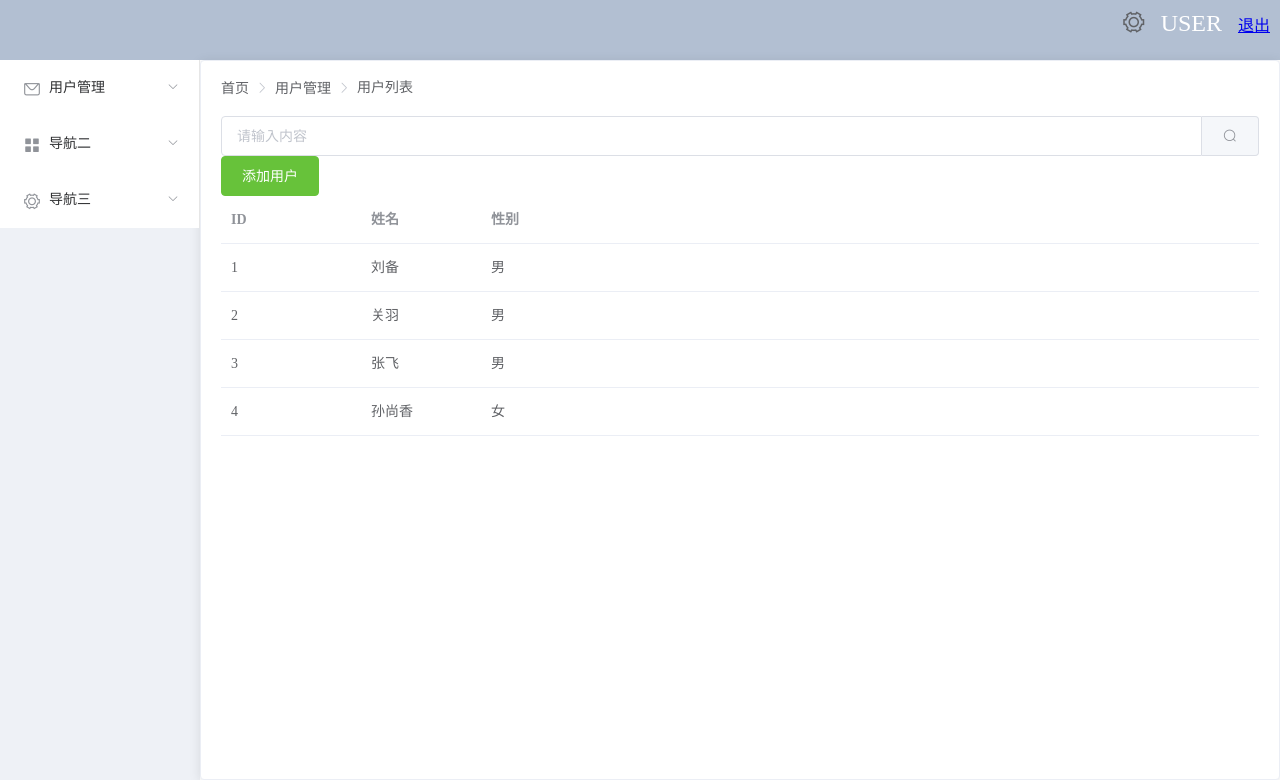
Repository: euphor1azzy/testlist
Page: /#/users (app in list/)
The author's editor kept a copy of each file at every save. The page is drawn from the files as they stood at one save, then again after the next save.
The browser window is 1280 px wide. The pictures show the whole page.
The project was rebuilt for these pictures with package versions that can differ from the ones it lists, and the page was loaded fresh each time. Requests to the local data server were answered from the project's data file. Also part of the build but not shown: list/src/utils/validate.js, list/src/views/login/login.vue.

Above is the page before, as saved 2020-08-26 17:34:23.

### list/src/main.js
// 引入组件
import Vue from 'vue'
import ElementUI from 'element-ui';
import App from './App.vue'
import router from './router'
import MyHttpServer from './plugins/http'
Vue.use(router);


// 引入css文件
import './assets/css/reset.css'
import 'element-ui/lib/theme-chalk/index.css';


//使用插件
Vue.use(ElementUI)
Vue.use(MyHttpServer)
Vue.config.productionTip = false


new Vue({
    el: '#app',
    router,
    render: h => h(App)
}).$mount('#app')

### list/src/App.vue
<template>
  <div id="app" >

    <router-view></router-view>
  </div>
</template>

<script>

</script>

<style>
#app{

  height:100vh
}
</style>

### list/src/router/index.js
import Vue from 'vue'
import Router from 'vue-router'
import Home from '../views/home.vue'
import Login from '../views/login/login.vue'
import Users from '../components/users/users.vue'



Vue.use(Router);



export default new Router({
    routes: [{
            path: '/',
            name: 'Home',
            component: Home,
            children: [{
                name: 'Users',
                path: 'users',
                component: Users
            }]

        },
        {
            name: 'Login',
            path: '/login',
            component: Login
        }
    ]
});

### list/src/plugins/http.js
//将axios改为插件
import axios from 'axios'
const MyHttpServer = {}


MyHttpServer.install = (Vue) => {
    axios.defaults.baseURL = 'http://localhost:8888/api/private/v1/'

    // 添加实例方法
    Vue.prototype.$http = axios

}

export default MyHttpServer

### list/src/assets/css/reset.css
/*! minireset.css v0.0.2 | MIT License | github.com/jgthms/minireset.css */

html,
body,
p,
ol,
ul,
li,
dl,
dt,
dd,
blockquote,
figure,
fieldset,
legend,
textarea,
pre,
iframe,
hr,
h1,
h2,
h3,
h4,
h5,
h6 {
    /* height: 100%; */
    margin: 0;
    padding: 0;
}

h1,
h2,
h3,
h4,
h5,
h6 {
    font-size: 100%;
    font-weight: normal;
}

ul {
    list-style: none;
}

button,
input,
select,
textarea {
    margin: 0;
}

html {
    box-sizing: border-box;
}

* {
    box-sizing: inherit;
}

*:before,
*:after {
    box-sizing: inherit;
}

img,
embed,
object,
audio,
video {
    height: auto;
    max-width: 100%;
}

iframe {
    border: 0;
}

table {
    border-collapse: collapse;
    border-spacing: 0;
}

td,
th {
    padding: 0;
    text-align: left;
}

### list/src/views/home.vue
<template>

  <div class="con">
    <!-- 头部 -->
    <v-appnav></v-appnav>
     <!-- 侧边栏 -->

    <v-appslider></v-appslider>

    <!-- 内容 -->
   <!-- <v-list></v-list> -->
   <!-- <el-main class="main"> -->
     <router-view></router-view>
   <!-- </el-main> -->

  </div>
</template>

<script>
// 导入组件

import AppNav from "../components/common/appnav";
import AppSlider from "../components/common/appslider";
// import List from "../components/list/list";

export default {
  name: "Home",
  // 注册组件
  components: {
    "v-appnav": AppNav,
    "v-appslider": AppSlider,
    // "v-list": List,
  },
};
</script>

<style>
.con {
  /* height: 100%; */
  display: flex;
  flex: auto;
  flex-flow: row wrap;
  justify-content: flex-start;
}
</style>

### list/src/components/users/users.vue
<template>
  <el-card class="box-card">
    <!-- 面包屑 -->
    <el-breadcrumb separator-class="el-icon-arrow-right">
      <!-- <el-breadcrumb-item :to="{ path: '/' }">首页</el-breadcrumb-item> -->
      <el-breadcrumb-item>首页</el-breadcrumb-item>
      <el-breadcrumb-item>用户管理</el-breadcrumb-item>
      <el-breadcrumb-item>用户列表</el-breadcrumb-item>
    </el-breadcrumb>

    <!-- 搜索 -->

    <el-row class="searchC">
      <el-col style="display:inline-block">
        <el-input placeholder="请输入内容" v-model="query" class="inputSearch">
          <el-button slot="append" icon="el-icon-search"></el-button>
        </el-input>
        <el-button type="success">添加用户</el-button>
      </el-col>
    </el-row>
    <!-- 表格 -->
    <el-table :data="items">
      <el-table-column prop="id" label="ID" width="140"></el-table-column>
      <el-table-column prop="name" label="姓名" width="120"></el-table-column>
      <el-table-column prop="gender" label="性别"></el-table-column>
    </el-table>
  </el-card>
</template>

<script>

    import axios from 'axios'
export default {
created() {
    this.loadData();
  },
  methods: {
    loadData() {
      axios.get("http://localhost:3000/heroes").then((res) => {
        this.items = res.data;
      });
    },
  },
  name: "list",
  data() {
    return {
        query:'',
      items: [],
      name: "",
      gender: "",
    };
  },
}
</script>

<style>
.box-card {
  height: 100vh;
  width: calc(100% - 200px);
}
.inputSearch {
  width: 300px;
}
.searchC {
  margin-top: 20px;
}
</style>

### list/src/components/common/appnav.vue
<template>
  <el-header class="nav">
    <el-dropdown>
      <i class="el-icon-setting" style="margin-right: 15px"></i>
      <el-dropdown-menu slot="dropdown">
        <el-dropdown-item>查看</el-dropdown-item>
        <el-dropdown-item>新增</el-dropdown-item>
        <el-dropdown-item>删除</el-dropdown-item>
      </el-dropdown-menu>
    </el-dropdown>
    <span>USER</span>
    <router-link to="/login" style="padding-left:16px;font-size:16px"
      >退出</router-link
    >
  </el-header>
</template>

<script>
export default {
  name: "AppNav",
};
</script>

<style scoped>

.nav {
  padding: 10px;
  text-align: right;
  font-size: 24px;
  width: 100%;
  color: #fff;
  background-color: #b2bfd2;
}
.el-icon-setting::before {
  font-size: 24px;
}
</style>

### list/src/components/common/appslider.vue
<template>
   <!-- <el-container style="height: 100%; border: 1px solid #eee"> -->
      <el-aside width="200px" style="background-color: rgb(238, 241, 246)">
        <el-menu :unique-opened="true"
        :router="true">
          <el-submenu index="1">
            <template slot="title">
              <i class="el-icon-message"></i>用户管理
            </template>
            <el-menu-item-group>
              <template slot="title">分组一</template>
              <el-menu-item index="users">用户列表</el-menu-item>
              <el-menu-item index="1-2">用户设置</el-menu-item>
            </el-menu-item-group>
            <el-menu-item-group title="分组2">
              <el-menu-item index="1-3">选项3</el-menu-item>
            </el-menu-item-group>
            <el-submenu index="1-4">
              <template slot="title">选项4</template>
              <el-menu-item index="1-4-1">选项4-1</el-menu-item>
            </el-submenu>
          </el-submenu>
          <el-submenu index="2">
            <template slot="title">
              <i class="el-icon-menu"></i>导航二
            </template>
            <el-menu-item-group>
              <template slot="title">分组一</template>
              <el-menu-item index="2-1">选项1</el-menu-item>
              <el-menu-item index="2-2">选项2</el-menu-item>
            </el-menu-item-group>
            <el-menu-item-group title="分组2">
              <el-menu-item index="2-3">选项3</el-menu-item>
            </el-menu-item-group>
            <el-submenu index="2-4">
              <template slot="title">选项4</template>
              <el-menu-item index="2-4-1">选项4-1</el-menu-item>
            </el-submenu>
          </el-submenu>
          <el-submenu index="3">
            <template slot="title">
              <i class="el-icon-setting"></i>导航三
            </template>
            <el-menu-item-group>
              <template slot="title">分组一</template>
              <el-menu-item index="3-1">选项1</el-menu-item>
              <el-menu-item index="3-2">选项2</el-menu-item>
            </el-menu-item-group>
            <el-menu-item-group title="分组2">
              <el-menu-item index="3-3">选项3</el-menu-item>
            </el-menu-item-group>
            <el-submenu index="3-4">
              <template slot="title">选项4</template>
              <el-menu-item index="3-4-1">选项4-1</el-menu-item>
            </el-submenu>
          </el-submenu>
        </el-menu>
      </el-aside>
   <!-- </el-container> -->
</template>

<script>
export default {

}
</script>

<style>
.default-active	{
  background-color: royalblue;
}
</style>

### list/server/db.json
{
    "users": [{
            "id": 1,
            "name": "abc",
            "age": 18,
            "gender": "男"
        },
        {
            "id": 2,
            "name": "SDSA",
            "age": 18,
            "gender": "男"
        },
        {
            "id": 3,
            "name": "SDSD",
            "age": 18,
            "gender": "女"
        },
        {
            "id": 4,
            "name": "FSAFA",
            "age": 18,
            "gender": "男"
        }
    ],
    "heroes": [{
        "id": 1,
        "name": "刘备",
        "gender": "男"
    }, {
        "id": 2,
        "name": "关羽",
        "gender": "男"
    }, {
        "id": 3,
        "name": "张飞",
        "gender": "男"
    }, {
        "id": 4,
        "name": "孙尚香",
        "gender": "女"
    }]
}

Loaded but not shown: list/public/index.html (common file)

After the next save:
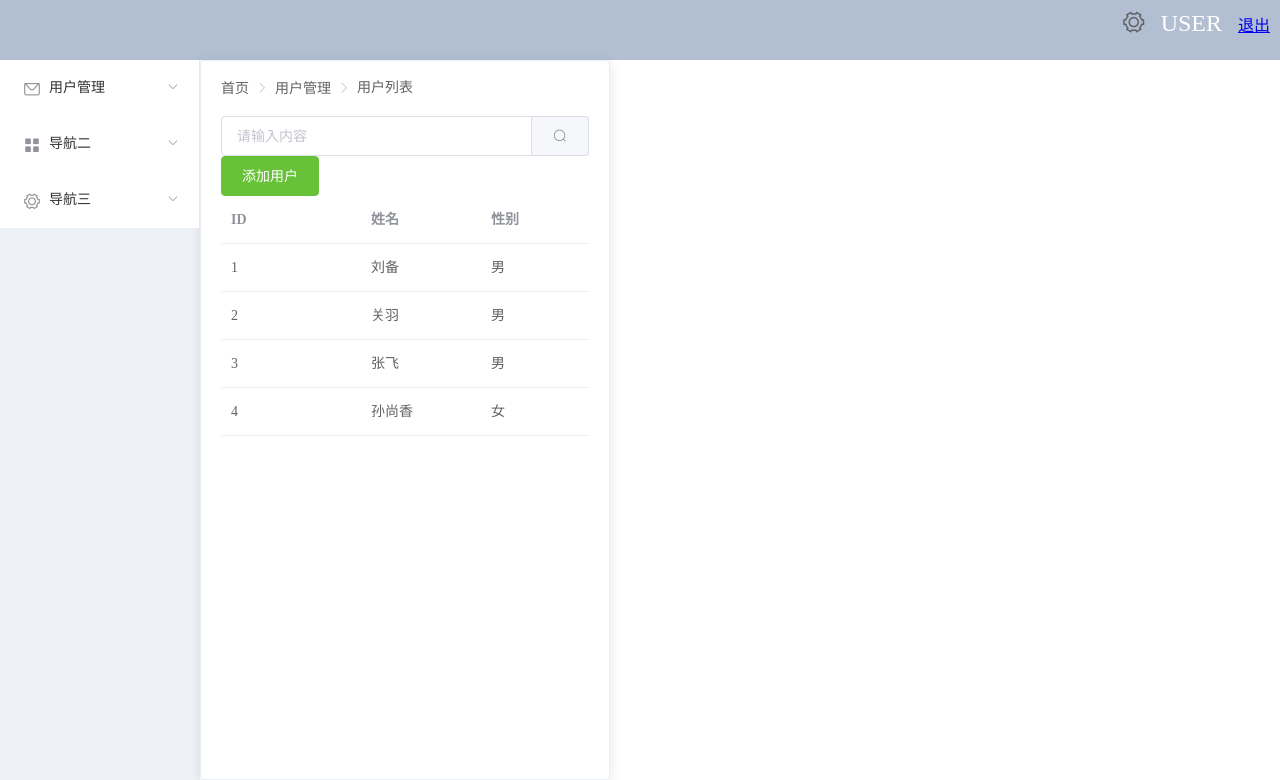
Saved 20 h 32 min later.
--- a/list/src/components/users/users.vue
+++ b/list/src/components/users/users.vue
@@ -56,7 +56,7 @@
 <style>
 .box-card {
   height: 100vh;
-  width: calc(100% - 200px);
+  /* width: calc(100% - 200px); */
 }
 .inputSearch {
   width: 300px;

After the save that followed:
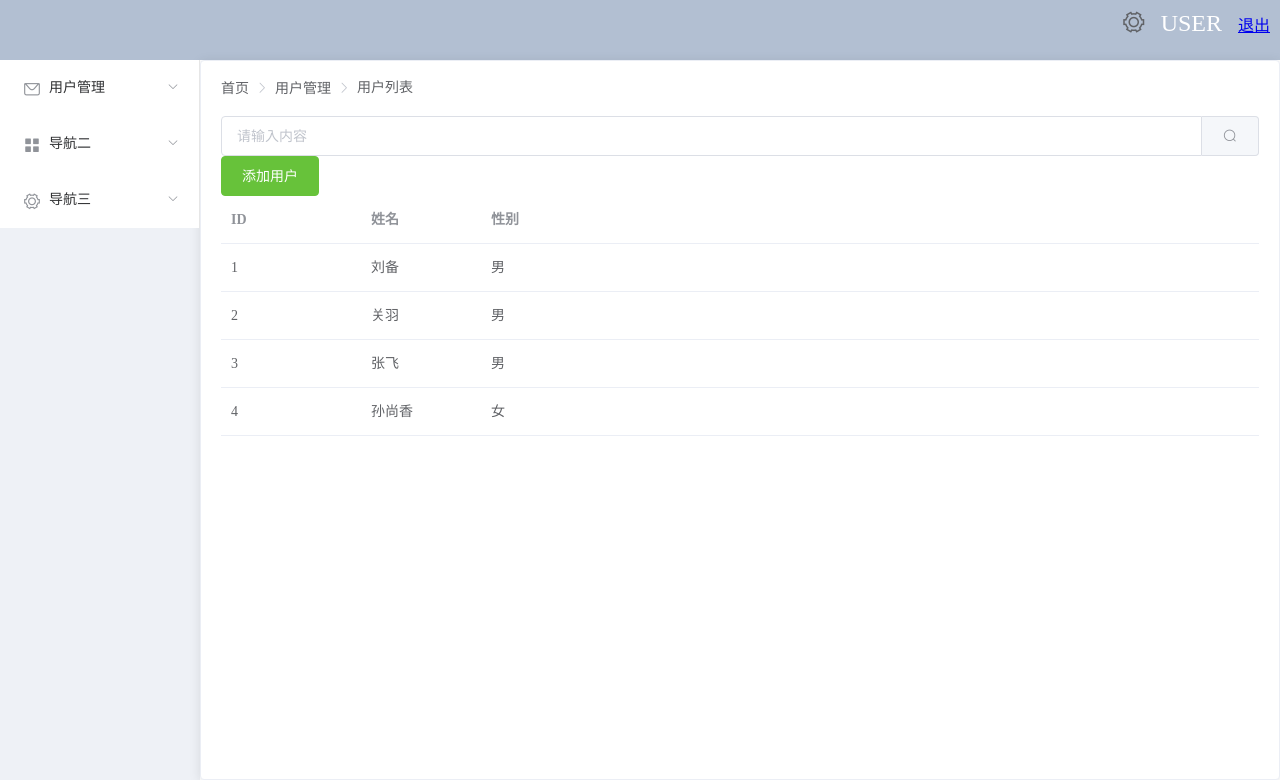
Saved 44 s later.
--- a/list/src/components/users/users.vue
+++ b/list/src/components/users/users.vue
@@ -11,7 +11,7 @@
     <!-- 搜索 -->
 
     <el-row class="searchC">
-      <el-col style="display:inline-block">
+      <el-col >
         <el-input placeholder="请输入内容" v-model="query" class="inputSearch">
           <el-button slot="append" icon="el-icon-search"></el-button>
         </el-input>
@@ -56,7 +56,7 @@
 <style>
 .box-card {
   height: 100vh;
-  /* width: calc(100% - 200px); */
+  width: calc(100% - 200px);
 }
 .inputSearch {
   width: 300px;
